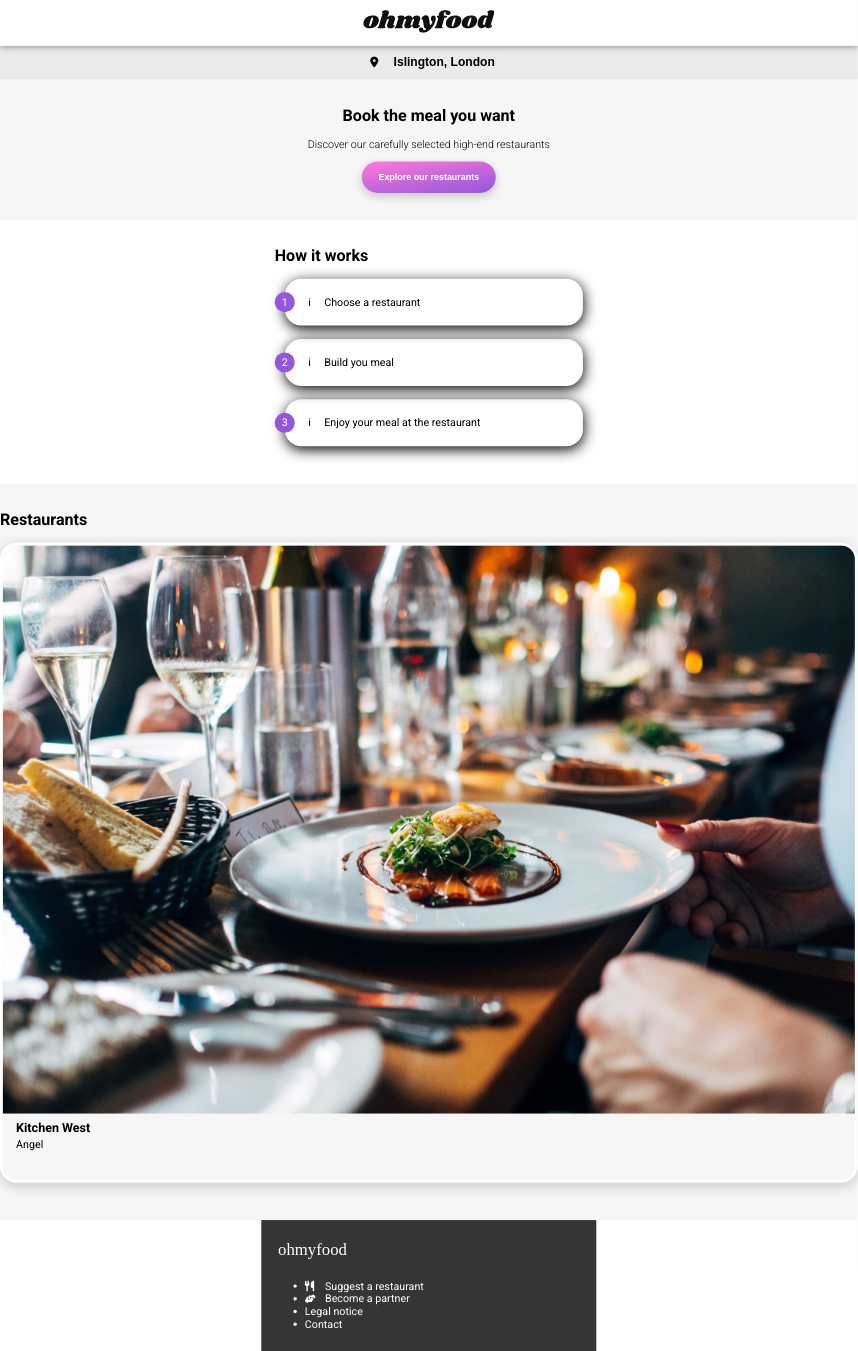
Repository: R1ptou/Project-3
Page: index.html
An editor plug-in stored every save of this project. The page is shown before and after the next save, followed by the edit.
The browser window is 1280 px wide. The pictures show the whole page, at 67% of full size.
Some web fonts or font styles are not loaded; a fallback is used. The style sheet was rebuilt from its Sass, Less or Tailwind sources for each picture, by a compiler version that may differ from the author's.

Above is the page before, as saved 2024-03-25 11:43:13.

After the next save:
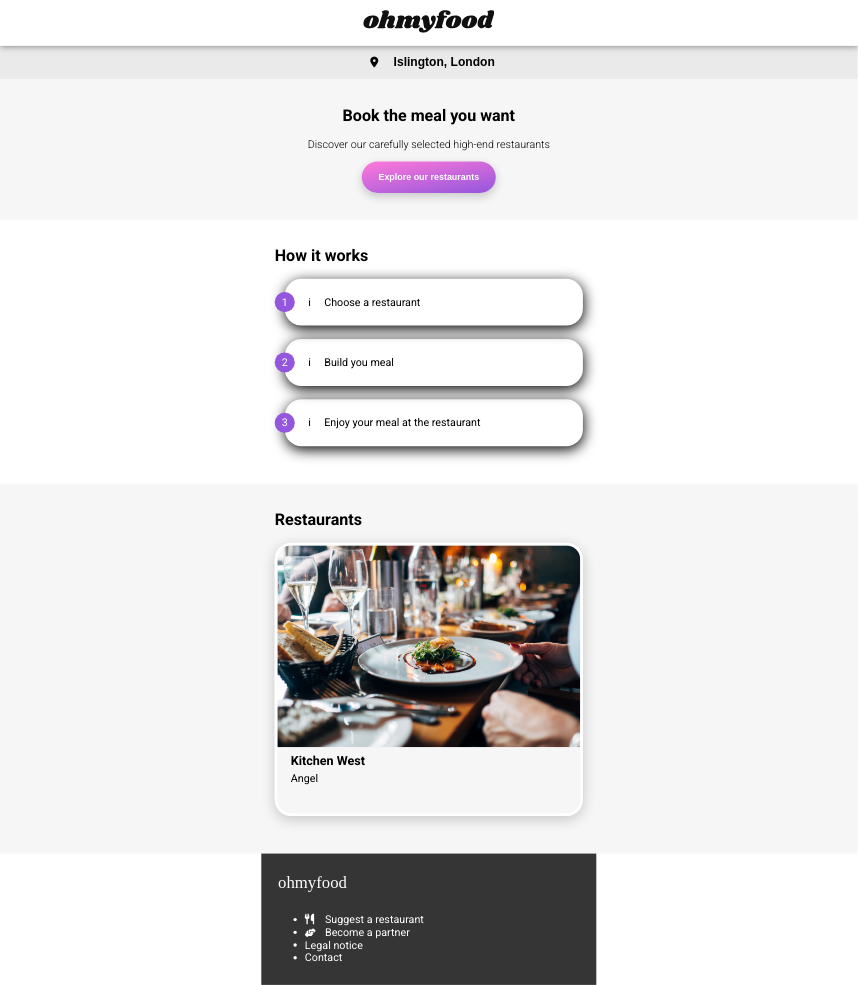
Saved 48 s later.
--- a/index.html
+++ b/index.html
@@ -56,7 +56,7 @@
         </section>
 <!-- Restaurants -->
         <section class="section bg-dark">
-            <div>
+            <div class="container">
                 <h2 class="headline">Restaurants</h2>
 
                 <a href="#" class="card-rest">
@@ -66,7 +66,6 @@
                             <h3 class="card-title">Kitchen West</h3>
                             <p class="card-subtitle">Angel</p>
                         </div>
-
                         <div class="heart">
                             <span class="fa-solid fa-heart heart-icon heart-full"></span>
                             <span class="fa-regular fa-heart heart-icon heart-empty"></span>
